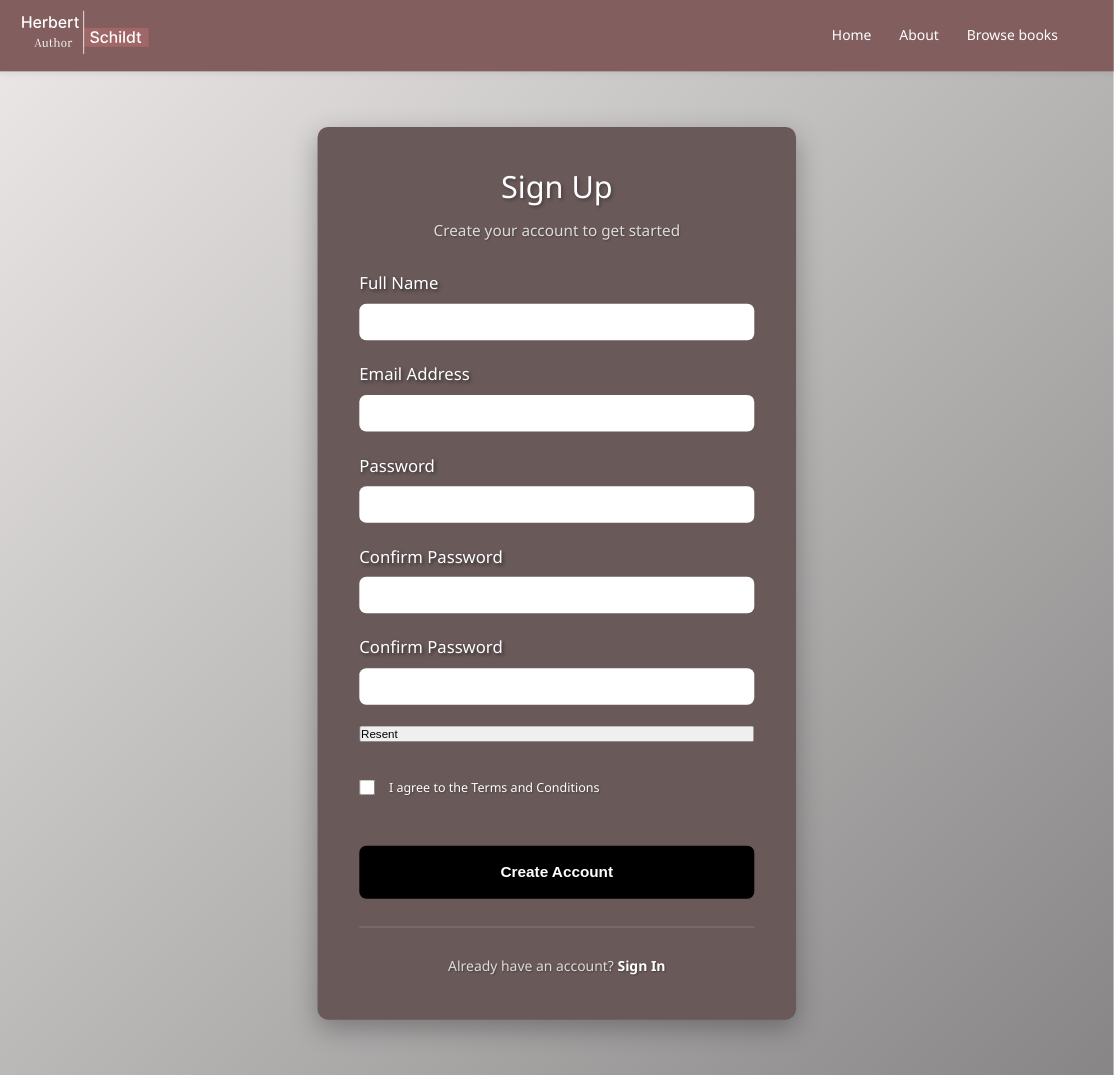
Repository: Darkrepo23/Author-Website-
Page: pages/signup.html
These files come from the project's save history. The page is drawn as it stood at one moment and after the next save; the edit follows.
The browser window is 1280 px wide. The pictures show the whole page, at 87% of full size.

Above is the page before, as saved 2025-09-23 12:56:34.
Console error: SyntaxError: Unexpected token ':'

### pages/signup.html
<!DOCTYPE html>
<html lang="en">

<head>
    <meta charset="UTF-8">
    <meta name="viewport" content="width=device-width, initial-scale=1.0">
    <title>Sign Up - Herbert Schildt</title>
    <link rel="stylesheet" href="../css/styles.css">
    <link rel="stylesheet" href="../css/login.css">
    <link href="https://cdnjs.cloudflare.com/ajax/libs/font-awesome/6.0.0/css/all.min.css" rel="stylesheet">
</head>

<body>
    <!-- Header -->
    <header class="header">
        <div class="header-left">
            <div class="logo">
                <img src="../img/logo-white.svg" alt="Herbert Schildt Logo" class="logo-image">
            </div>
        </div>
        <nav class="nav">
            <a href="../index.html" class="nav-link">Home</a>
            <a href="About/about.html" class="nav-link">About</a>
            <a href="../browse-book.html" class="nav-link">Browse books</a>
        </nav>
    </header>

    <!-- Main Content -->
    <main class="main-content">
        <div class="login-container">
            <div class="login-card">
                <h2 class="login-title">Sign Up</h2>
                <p class="login-subtitle">Create your account to get started</p>

                <form class="login-form" id="signupForm">
                    <div class="form-group">
                        <label for="fullName">Full Name</label>
                        <input type="text" id="fullName" name="fullName" required>
                    </div>

                    <div class="form-group">
                        <label for="email">Email Address</label>
                        <input type="email" id="email" name="email" required>
                    </div>

                    <div class="form-group">
                        <label for="password">Password</label>
                        <input type="password" id="password" name="password" required>
                    </div>

                    <div class="form-group">
                        <label for="confirmPassword">Confirm Password</label>
                        <input type="password" id="confirmPassword" name="confirmPassword" required>
                    </div>

                    <div class="form-group">
                        <label for="OTP-confirmation">Confirm Password</label>
                        <input type="password" id="OTP-confirmation" name="confirmPassword" required>
                    </div>
                    <button class="res" id="resend">Resent</button>

                    <div class="form-options">
                        <label class="checkbox-label">
                            <input type="checkbox" id="agree" name="agree" required>
                            <span class="checkmark"></span>
                            I agree to the Terms and Conditions
                        </label>
                    </div>

                    <button type="submit" class="login-btn">Create Account</button>
                </form>

                <div class="signup-link">
                    <p>Already have an account? <a href="login.html">Sign In</a></p>
                </div>
            </div>
        </div>
    </main>

    <script src="../js/signup.js"></script>
    <script>
        // localStorage.removeItem('users')

    </script>
</body>

</html>

### css/styles.css
/* Reset and Base Styles */
* {
    margin: 0;
    padding: 0;
    box-sizing: border-box;
}

body {
    font-family: 'Segoe UI', Tahoma, Geneva, Verdana, sans-serif;
    line-height: 1.6;
    color: #333;
    background: linear-gradient(135deg, #EDE9E9, #878585);
}

/* Header Styles */
.header {
    background: #825E5E;
    color: white;
    padding: 1rem 2rem;
    display: flex;
    align-items: center;
    box-shadow: 0 2px 10px rgba(0,0,0,0.1);
}

.header-left .logo {
    display: flex;
    align-items: center;
    gap: 0.1rem;
    margin-left: -0.5rem;
    transform: translateY(-0.25rem);
}

.logo-image {
    height: 50px;
    width: auto;
    object-fit: contain;
}

.logo-left {
    display: flex;
    flex-direction: column;
    align-items: center;
}

.logo-left h1 {
    font-size: 1rem;
    font-weight: bold;
    margin: 0;
    transform: translateY(0.1rem);
}

.logo-left span {
    font-size: 0.6rem;
    opacity: 0.8;
    margin: 0;
    margin-left: 0;
    transform: translateY(0);
    text-align: center;
}

.logo-separator {
    font-size: 1.1rem;
    font-weight: 300;
    opacity: 0.7;
    margin: 0 0.1rem;
    transform: scaleY(2.5);
}

.logo-right h2 {
    font-size: 1rem;
    font-weight: bold;
    margin: 0;
    background: #B8860B;
    padding: 0.1rem 0.3rem;
    border-radius: 4px;
    transform: translateY(0.8rem);
}

.nav {
    display: flex;
    gap: 2rem;
    margin-left: auto;
    margin-right: 2rem;
}

.nav-link {
    color: white;
    text-decoration: none;
    font-weight: 500;
    transition: opacity 0.3s;
}

.nav-link:hover {
    opacity: 0.8;
}

.header-right {
    display: flex;
    align-items: center;
    gap: 2rem;
}

.cart-icon {
    position: relative;
    cursor: pointer;
    font-size: 1.5rem;
    transition: transform 0.3s;
}

.cart-icon:hover {
    transform: scale(1.1);
}

.cart-count {
    position: absolute;
    top: -8px;
    right: -8px;
    background: #dc3545;
    color: white;
    border-radius: 50%;
    width: 20px;
    height: 20px;
    display: flex;
    align-items: center;
    justify-content: center;
    font-size: 0.8rem;
    font-weight: bold;
}

.user-profile {
    display: flex;
    align-items: center;
    gap: 1rem;
}

.user-avatar {
    width: 40px;
    height: 40px;
    background: rgba(255,255,255,0.2);
    border-radius: 50%;
    display: flex;
    align-items: center;
    justify-content: center;
    font-size: 1.2rem;
}

.user-info {
    display: flex;
    flex-direction: column;
}

.user-name {
    font-weight: 600;
    font-size: 0.9rem;
}

.user-status {
    font-size: 0.8rem;
    opacity: 0.8;
}

/* Main Content Styles */
.main-content {
    max-width: 1200px;
    margin: 0 auto;
    padding: 2rem;
}

.section-title {
    font-size: 2.5rem;
    font-weight: bold;
    text-align: center;
    margin-bottom: 1rem;
    color: #2c3e50;
}

.section-description {
    text-align: center;
    font-size: 1.1rem;
    color: #666;
    margin-bottom: 2rem;
    max-width: 600px;
    margin-left: auto;
    margin-right: auto;
}

/* Browse Section */
.browse-section {
    text-align: center;
    margin-bottom: 4rem;
}

.search-container {
    display: flex;
    justify-content: center;
    gap: 0.5rem;
    max-width: 500px;
    margin: 0 auto;
}

.search-input {
    flex: 1;
    padding: 1rem;
    border: 2px solid #ddd;
    border-radius: 8px;
    font-size: 1rem;
    outline: none;
    transition: border-color 0.3s;
}

.search-input:focus {
    border-color: #8B4513;
}

.search-btn {
    background: #dc3545;
    color: white;
    border: none;
    padding: 1rem 1.5rem;
    border-radius: 8px;
    cursor: pointer;
    font-size: 1rem;
    transition: background-color 0.3s;
}

.search-btn:hover {
    background: #c82333;
}

/* Languages Section */
.languages-section {
    margin-bottom: 4rem;
}

.languages-section .section-title {
    font-size: 2rem;
    margin-bottom: 2rem;
}

.language-cards {
    display: flex;
    justify-content: center;
    gap: 2rem;
    max-width: 900px;
    margin: 0 auto;
    flex-wrap: wrap;
}

.language-card {
    background: #495057;
    color: white;
    padding: 2rem;
    border-radius: 12px;
    text-align: center;
    cursor: pointer;
    transition: transform 0.3s, box-shadow 0.3s;
}

.language-card:hover {
    transform: translateY(-5px);
    box-shadow: 0 10px 25px rgba(0,0,0,0.2);
}

.language-icon {
    font-size: 3rem;
    margin-bottom: 1rem;
    color: white;
    display: flex;
    align-items: center;
    justify-content: center;
}

.language-card h4 {
    font-size: 1.5rem;
    margin-bottom: 0.5rem;
}

.language-card p {
    opacity: 0.9;
    font-size: 1rem;
}

/* Featured Books Section */
.featured-section {
    margin-bottom: 4rem;
}

.featured-section .section-title {
    font-size: 2rem;
    margin-bottom: 2rem;
}

.books-grid {
    display: grid;
    grid-template-columns: repeat(auto-fit, minmax(350px, 1fr));
    gap: 2rem;
    margin-bottom: 2rem;
    justify-items: center;
    max-width: 1200px;
    margin-left: auto;
    margin-right: auto;
}

.book-card {
    background: white;
    border-radius: 12px;
    overflow: hidden;
    box-shadow: 0 5px 15px rgba(0,0,0,0.1);
    transition: transform 0.3s, box-shadow 0.3s;
    width: 100%;
    max-width: 350px;
    min-height: 500px;
    display: flex;
    flex-direction: column;
}

.book-card:hover {
    transform: translateY(-5px);
    box-shadow: 0 15px 30px rgba(0,0,0,0.15);
}

.book-cover {
    height: 200px;
    min-height: 200px;
    max-height: 200px;
    display: flex;
    align-items: center;
    justify-content: center;
    color: white;
    font-weight: bold;
    text-align: center;
    padding: 1rem;
    position: relative;
    flex-shrink: 0;
}

.book-cover.java {
    background: linear-gradient(135deg, #dc3545, #c82333);
}

.book-cover.c {
    background: linear-gradient(135deg, #fd7e14, #e55a00);
}

.book-cover.cpp {
    background: repeating-linear-gradient(
        45deg,
        #000,
        #000 10px,
        #fff 10px,
        #fff 20px
    );
    color: #000;
}

.book-cover.csharp {
    background: linear-gradient(135deg, #68217A, #512BD4);
}

.book-cover.python {
    background: linear-gradient(135deg, #3776AB, #FFD43B);
    color: #000;
}

.book-banner {
    position: absolute;
    top: 10px;
    right: 10px;
    background: #dc3545;
    color: white;
    padding: 0.25rem 0.5rem;
    border-radius: 4px;
    font-size: 0.8rem;
    font-weight: bold;
}

.book-info {
    padding: 1.5rem;
    flex: 1;
    display: flex;
    flex-direction: column;
    justify-content: space-between;
}

.book-title {
    font-size: 1.3rem;
    font-weight: bold;
    margin-bottom: 0.5rem;
    color: #2c3e50;
}

.book-description {
    color: #666;
    margin-bottom: 1rem;
    line-height: 1.5;
}

.book-rating {
    display: flex;
    align-items: center;
    gap: 0.5rem;
    margin-bottom: 1rem;
}

.stars {
    color: #ffc107;
}

.rating-score {
    font-weight: bold;
    color: #2c3e50;
}

.book-price {
    font-size: 1.5rem;
    font-weight: bold;
    color: #2c3e50;
    margin-bottom: 1rem;
}

.book-actions {
    display: flex;
    gap: 1rem;
    margin-top: auto;
}

.preview-btn {
    background: white;
    color: #2c3e50;
    border: 2px solid #ddd;
    padding: 0.75rem 1.5rem;
    border-radius: 8px;
    cursor: pointer;
    font-weight: 500;
    transition: all 0.3s;
    display: flex;
    align-items: center;
    gap: 0.5rem;
}

.preview-btn:hover {
    border-color: #8B4513;
    color: #8B4513;
}

.add-to-cart-btn {
    background: #dc3545;
    color: white;
    border: none;
    padding: 0.75rem 1.5rem;
    border-radius: 8px;
    cursor: pointer;
    font-weight: 500;
    transition: background-color 0.3s;
    display: flex;
    align-items: center;
    gap: 0.5rem;
    flex: 1;
}

.add-to-cart-btn:hover {
    background: #c82333;
}

.load-more-btn {
    background: #dc3545;
    color: white;
    border: none;
    padding: 1rem 2rem;
    border-radius: 8px;
    cursor: pointer;
    font-size: 1rem;
    font-weight: 500;
    transition: background-color 0.3s;
    display: block;
    margin: 0 auto;
}

.load-more-btn:hover {
    background: #c82333;
}

/* Footer Styles */
.footer {
    background: #495057;
    color: white;
    padding: 3rem 2rem 1rem;
}

.footer-content {
    max-width: 1200px;
    margin: 0 auto;
    display: grid;
    grid-template-columns: 1fr 1fr;
    gap: 3rem;
    margin-bottom: 2rem;
}

.footer-left h4,
.footer-right h4 {
    font-size: 1.5rem;
    margin-bottom: 1rem;
    color: #fff;
}

.footer-left p {
    margin-bottom: 1.5rem;
    line-height: 1.6;
    opacity: 0.9;
}

.social-icons {
    display: flex;
    gap: 1rem;
}

.social-icon {
    width: 40px;
    height: 40px;
    background: #000;
    border-radius: 50%;
    display: flex;
    align-items: center;
    justify-content: center;
    color: white;
    text-decoration: none;
    transition: background-color 0.3s;
}

.social-icon:hover {
    background: #dc3545;
}

.contact-info {
    display: flex;
    flex-direction: column;
    gap: 1rem;
}

.contact-item {
    display: flex;
    align-items: center;
    gap: 1rem;
}

.contact-item i {
    width: 20px;
    color: #dc3545;
}

.footer-bottom {
    text-align: center;
    padding-top: 2rem;
    border-top: 1px solid rgba(255,255,255,0.1);
    opacity: 0.8;
}

/* Modal Styles */
.cart-modal,
.preview-modal {
    display: none;
    position: fixed;
    top: 0;
    left: 0;
    width: 100%;
    height: 100%;
    background: rgba(0,0,0,0.5);
    z-index: 1000;
}

.cart-content,
.preview-content {
    position: absolute;
    top: 50%;
    left: 50%;
    transform: translate(-50%, -50%);
    background: white;
    padding: 2rem;
    border-radius: 12px;
    max-width: 500px;
    width: 90%;
    max-height: 80vh;
    overflow-y: auto;
}

.cart-header,
.preview-header {
    display: flex;
    justify-content: space-between;
    align-items: center;
    margin-bottom: 1.5rem;
    padding-bottom: 1rem;
    border-bottom: 1px solid #ddd;
}

.close-cart,
.close-preview {
    background: none;
    border: none;
    font-size: 1.5rem;
    cursor: pointer;
    color: #666;
}

.close-cart:hover,
.close-preview:hover {
    color: #dc3545;
}

.cart-items {
    margin-bottom: 1.5rem;
}

.cart-item {
    display: flex;
    justify-content: space-between;
    align-items: center;
    padding: 1rem 0;
    border-bottom: 1px solid #eee;
}

.cart-item-info h5 {
    margin-bottom: 0.25rem;
}

.cart-item-price {
    font-weight: bold;
    color: #dc3545;
}

.remove-item {
    background: #dc3545;
    color: white;
    border: none;
    padding: 0.5rem;
    border-radius: 4px;
    cursor: pointer;
    font-size: 0.8rem;
}

.cart-total {
    font-size: 1.2rem;
    font-weight: bold;
    text-align: right;
    margin-bottom: 1rem;
    padding-top: 1rem;
    border-top: 2px solid #ddd;
}

.checkout-btn {
    background: #28a745;
    color: white;
    border: none;
    padding: 1rem 2rem;
    border-radius: 8px;
    cursor: pointer;
    font-size: 1rem;
    font-weight: 500;
    width: 100%;
    transition: background-color 0.3s;
}

.checkout-btn:hover {
    background: #218838;
}

/* Responsive Design */
@media (max-width: 768px) {
    .header {
        flex-direction: column;
        gap: 1rem;
        padding: 1rem;
    }

    .header-right {
        gap: 1rem;
    }

    .main-content {
        padding: 1rem;
    }

    .section-title {
        font-size: 2rem;
    }

    .language-cards {
        flex-direction: column;
        align-items: center;
        gap: 1.5rem;
    }

    .books-grid {
        grid-template-columns: 1fr;
        justify-items: center;
    }

    .footer-content {
        grid-template-columns: 1fr;
        gap: 2rem;
    }

    .search-container {
        flex-direction: column;
    }

    .book-actions {
        flex-direction: column;
    }
}

@media (max-width: 480px) {
    .header {
        padding: 0.5rem;
    }

    .logo-left h1 {
        font-size: 1.2rem;
    }

    .logo-right h2 {
        font-size: 1.1rem;
    }

    .logo-separator {
        font-size: 1.5rem;
    }

    .main-content {
        padding: 0.5rem;
    }

    .section-title {
        font-size: 1.5rem;
    }

    .cart-content,
    .preview-content {
        width: 95%;
        padding: 1rem;
    }
}

### css/login.css
/* Login Page Styles */
.login-container {
    display: flex;
    justify-content: center;
    align-items: center;
    min-height: calc(100vh - 200px);
    padding: 2rem;
}

.login-card {
    background: #695959;
    color: white;
    padding: 2.5rem 3rem 3rem 3rem;
    border-radius: 12px;
    box-shadow: 0 10px 30px rgba(0, 0, 0, 0.3);
    width: 100%;
    max-width: 550px;
}

.login-title {
    font-size: 2.2rem;
    font-weight: 500;
    text-align: center;
    margin-bottom: 0.5rem;
    color: white;
    text-shadow: 2px 2px 4px rgba(0, 0, 0, 0.3);
}

.login-subtitle {
    text-align: center;
    color: rgba(255, 255, 255, 0.8);
    margin-bottom: 2rem;
    font-size: 1.1rem;
    text-shadow: 1px 1px 2px rgba(0, 0, 0, 0.3);
}

.login-form {
    display: flex;
    flex-direction: column;
    gap: 1.5rem;
}

.form-group {
    display: flex;
    flex-direction: column;
    gap: 0.5rem;
}

.form-group label {
    font-weight: 500;
    color: white;
    font-size: 1.2rem;
    text-shadow: 2px 2px 4px rgba(0, 0, 0, 0.5);
}

.form-group input {
    padding: 0.75rem;
    border: none;
    border-radius: 8px;
    font-size: 1rem;
    background: white;
    color: #333;
    transition: box-shadow 0.3s;
}

.form-group input:focus {
    outline: none;
    box-shadow: 0 0 0 3px rgba(139, 69, 19, 0.3);
}

.form-options {
    display: flex;
    justify-content: space-between;
    align-items: center;
    margin: 1rem 0;
    position: relative;
}

.checkbox-label {
    display: flex;
    align-items: center;
    gap: 0.5rem;
    cursor: pointer;
    color: white;
    font-size: 0.9rem;
    text-shadow: 1px 1px 2px rgba(0, 0, 0, 0.3);
}

.checkbox-label input[type="checkbox"] {
    width: 18px;
    height: 18px;
    margin: 0;
}

.forgot-link {
    color: #B3B3E8;
    text-decoration: none;
    font-size: 0.9rem;
    transition: color 0.3s;
    text-shadow: 1px 1px 2px rgba(0, 0, 0, 0.3);
}

.forgot-link:hover {
    color: #B3B3E8;
    text-decoration: underline;
}

.login-btn {
    background: #000000;
    color: white;
    border: 4px solid #000000;
    padding: 1rem 2rem;
    border-radius: 8px;
    font-size: 1.1rem;
    font-weight: 900;
    cursor: pointer;
    transition: all 0.3s;
    margin-top: 1rem;
}

.login-btn:hover {
    background: #333333;
}

.signup-link {
    text-align: center;
    margin-top: 2rem;
    padding-top: 2rem;
    border-top: 1px solid rgba(255, 255, 255, 0.2);
}

.signup-link p {
    color: rgba(255, 255, 255, 0.8);
    margin: 0;
    text-shadow: 1px 1px 2px rgba(0, 0, 0, 0.3);
}

.signup-link a {
    color: white;
    text-decoration: none;
    font-weight: 600;
    transition: color 0.3s;
    text-shadow: 1px 1px 2px rgba(0, 0, 0, 0.3);
}

.signup-link a:hover {
    color: white;
    text-decoration: underline;
}


.res {
    display: flex;
}





/* Responsive Design */
@media (max-width: 768px) {
    .login-container {
        padding: 1rem;
    }

    .login-card {
        padding: 2rem;
    }

    .login-title {
        font-size: 2rem;
    }

    .form-options {
        flex-direction: column;
        gap: 1rem;
        align-items: flex-start;
    }
}

@media (max-width: 480px) {
    .login-card {
        padding: 1.5rem;
    }

    .login-title {
        font-size: 1.8rem;
    }

    .login-subtitle {
        font-size: 1rem;
    }
}

Loaded but not shown: js/signup.js (147 lines, source omitted)

After the next save:
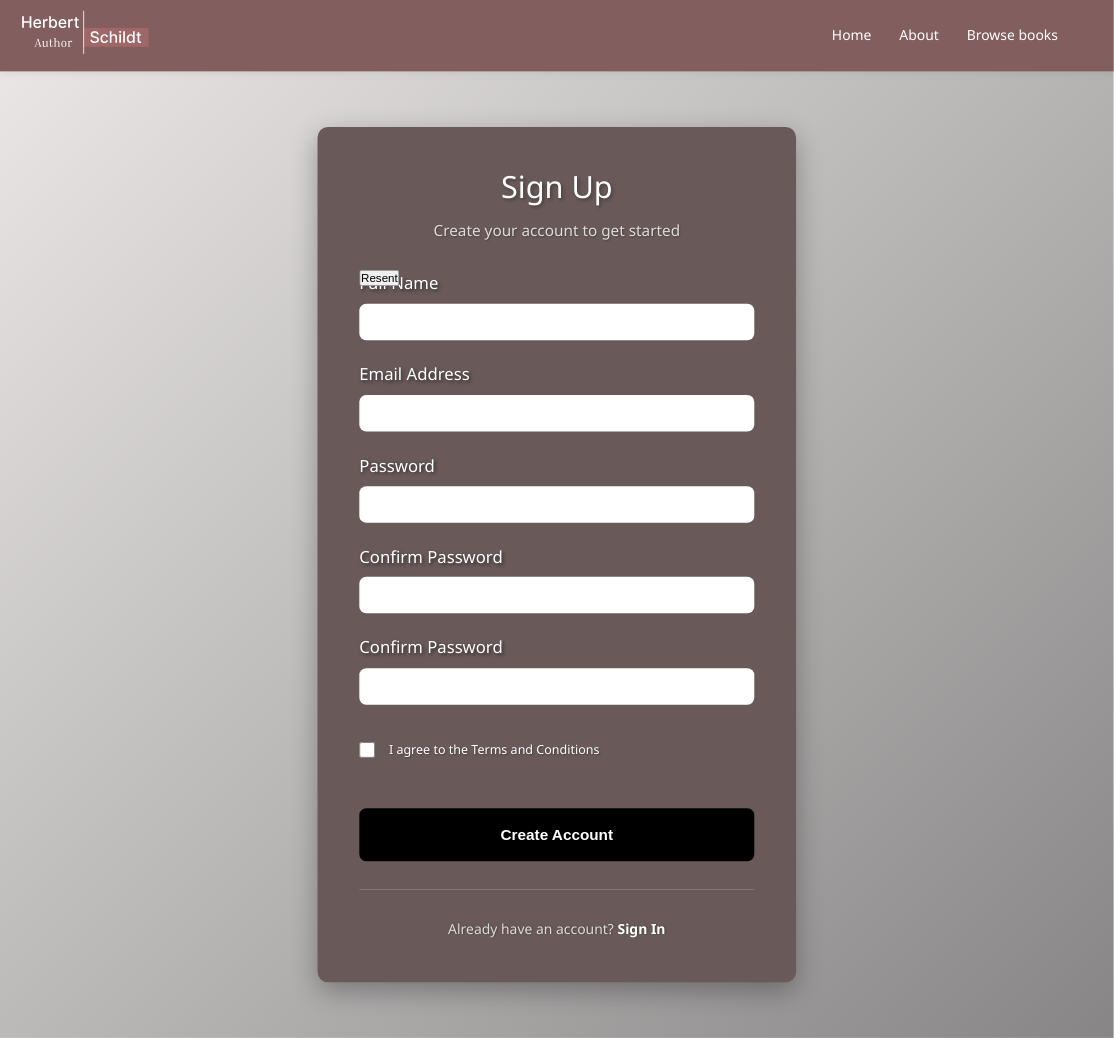
Saved 10 s later.
--- a/css/login.css
+++ b/css/login.css
@@ -150,7 +150,7 @@
 
 
 .res {
-    display: flex;
+    position: absolute;
 }
 
 
